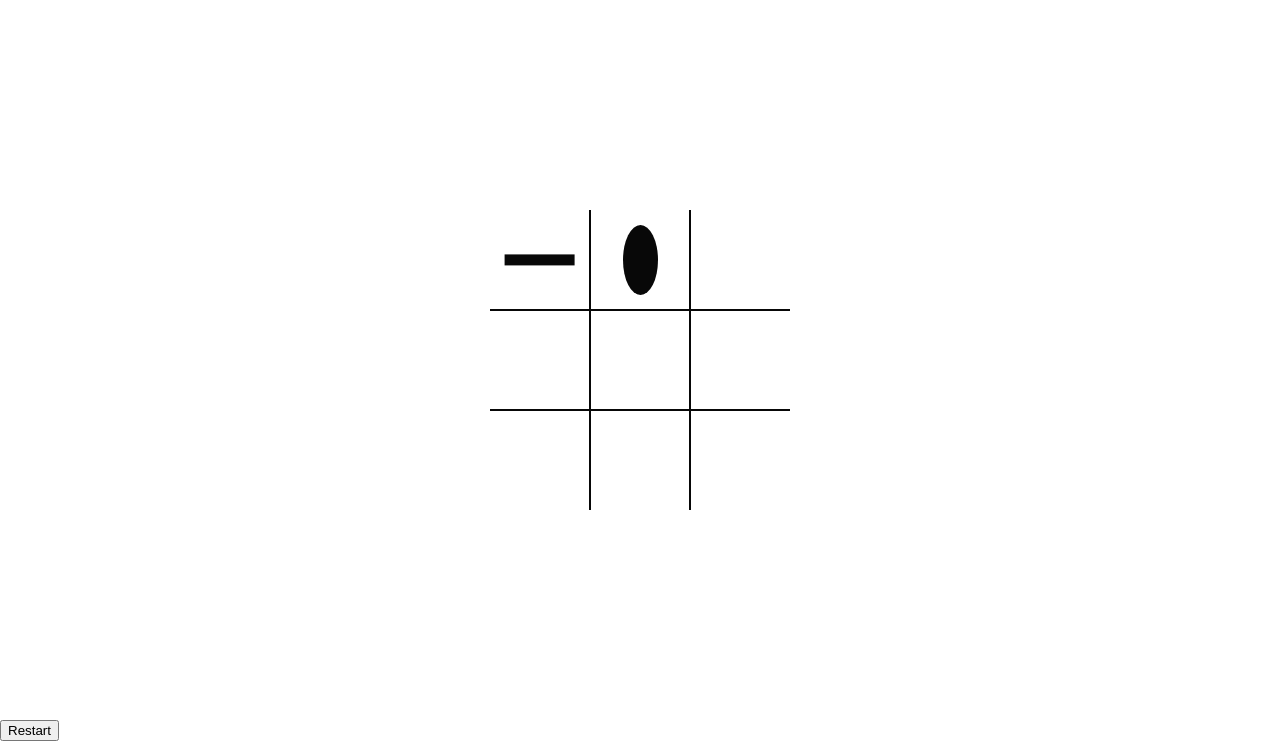
Repository: kkyler24/MCLA
Page: devFiles/TictactoeFiles/ticTacToe.html
These files come from the project's save history. The page is drawn as it stood at one moment and after the next save; the edit follows.
The browser window is 1280 px wide. The pictures show the whole page.

Above is the page before, as saved 2020-04-17 13:38:42.

### devFiles/TictactoeFiles/ticTacToe.html
<!DOCTYPE html>
<html lang="en">

<head>
    <meta charset="UTF-8">
    <meta name="viewport" content="width=device-width, initial-scale=1.0">
    <link rel="stylesheet" type="text/css" href="tictactoe.css">
    <script src="tictactoe.js" defer></script>
    <title>Tic Tac Toe</title>
</head>

<body>
    <sectionOne>
        <!-- NavBar -->
        <!-- <nav class="navbar navbar-light bg-light">
            <!-- Image Logo -->
            <!-- <a class="navbar-brand" href="#">
                <img src="/docs/4.0/assets/brand/bootstrap-solid.svg" width="30" height="30"
                    class="d-inline-block align-top" alt="">
                Bootstrap -->
            <!-- </a> -->
        </nav>
    </sectionOne>
<sectionTwo>

<div class="BoardOne" id="BoardOne">
    <div class="cellBOne dash" data-cell></div>
    <div class="cellBOne circle" data-cell></div>
    <div class="cellBOne" data-cell></div>
    <div class="cellBOne" data-cell></div>
    <div class="cellBOne" data-cell></div>
    <div class="cellBOne" data-cell></div>
    <div class="cellBOne" data-cell></div>
    <div class="cellBOne" data-cell></div>
    <div class="cellBOne" data-cell></div>
</div>
<div class="winning-message-One" id="winningMessageOne">
    <div class="data-winning-message-text-One"></div>
    <button id="restartButtonOne">Restart</button>
</div>



</sectionTwo>











</body>

### devFiles/TictactoeFiles/tictactoe.css
*,*::after, *::before{
    box-sizing: border-box;
}
:root {
    --cell-size:100px;
    --mark-size:calc(var(--cell-size)*.7);
    /* this makes the preview marks 90% of the cell size it edits the width of your dot or dash */
}

body{
    margin:0;
}

.BoardOne{
    width: 100vw;
    height: 100vh;
    display: grid;
    justify-content: center;
    align-content: center;
    align-items: center;
    justify-items: center;
    grid-template-columns: repeat(3,auto);
    /* this resizes the grid and makes all the cells automatically evenly sized */
}
.cellBOne{
    width: var(--cell-size);
    height: var(--cell-size);
    border: 1px solid rgb(8, 8, 8);
    display: flex;
    justify-content: center;
    align-items: center;
    position: relative;
}
.cellBOne:first-child,
.cellBOne:nth-child(2),
.cellBOne:nth-child(3){
    border-top: none;
}

.cellBOne:nth-child(3n+1){
    border-left: none;
}

.cellBOne:nth-child(3n+3){
    border-right: none;
}

.cellBOne:last-child,
.cellBOne:nth-child(8),
.cellBOne:nth-child(7){
    border-bottom: none;
}

.cellBOne.dash::before{
    content: "";
    width: calc(var(--mark-size)*.16);
    /* controls the height of the dashes */
    transform: rotate(90deg);
    height: var(--mark-size);
    background-color: rgb(8, 8, 8);
    /* controls how the dashes look */
    position: relative;
}

.cellBOne.circle::after{
    content: "";
    position: absolute;
    width: calc(var(--mark-size)*.5);
    /* controls the height of the cricles */
    /* transform: rotate(90deg); */
    height: var(--mark-size);
    background-color: rgb(8, 8, 8);
    /* controls how the dashes look */
    border-radius: 50%;

}

Loaded but not shown: devFiles/TictactoeFiles/tictactoe.js (no stored copy; drawn as an empty file)

After the next save:
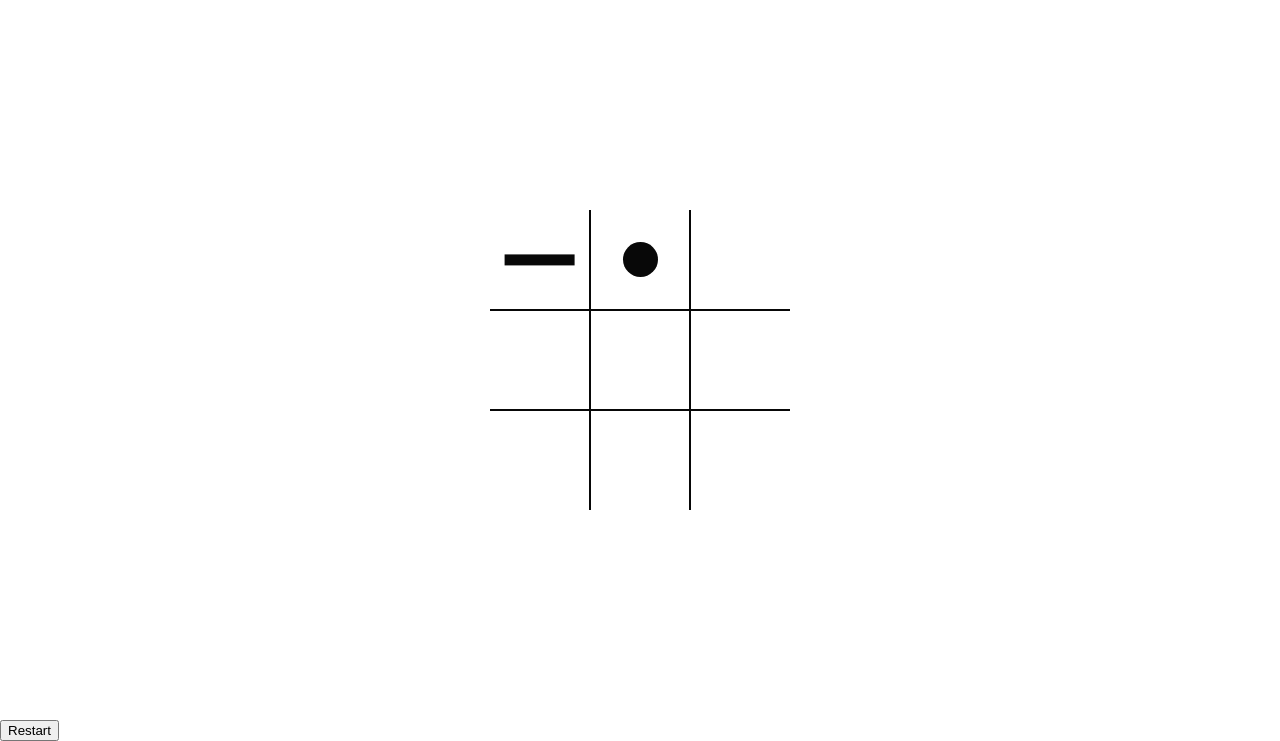
Saved 49 s later.
--- a/devFiles/TictactoeFiles/tictactoe.css
+++ b/devFiles/TictactoeFiles/tictactoe.css
@@ -68,7 +68,7 @@ body{
     width: calc(var(--mark-size)*.5);
     /* controls the height of the cricles */
     /* transform: rotate(90deg); */
-    height: var(--mark-size);
+    height: calc(var(--mark-size)*.5);
     background-color: rgb(8, 8, 8);
     /* controls how the dashes look */
     border-radius: 50%;
